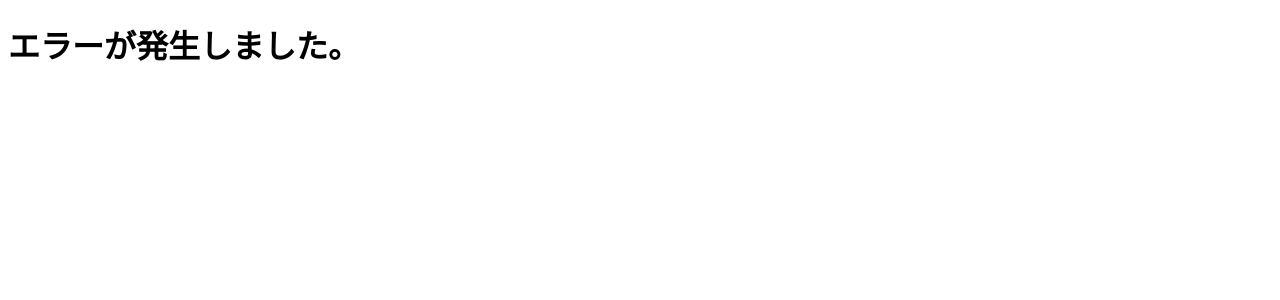
Repository: 8luemitsuho/test
Page: http://localhost/WebProj3/helloStrutsError.jsp
The author's editor kept a copy of each file at every save. The page is drawn from the files as they stood at one save, then again after the next save.
The browser window is 1280 px wide. The pictures show the whole page.
The page is served by Tomcat 9. Other server files are loaded and not shown.

Above is the page before, as saved 2019-07-28 03:52:18.

### WebProj3/WebContent/helloStrutsError.jsp
<%@ page language="java" contentType="text/html; charset=UTF-8"
    pageEncoding="UTF-8"%>
<%@ taglib prefix="s" uri="/struts-tags" %>
<!DOCTYPE html>
<html>
<head>
	<meta charset="UTF-8">
	<title>HelloStrutsError</title>
</head>
<body>
	<h1>エラーが発生しました。</h1>
	<br>
	<h3><s:property value="result" /></h3>
</body>
</html>

After the next save:
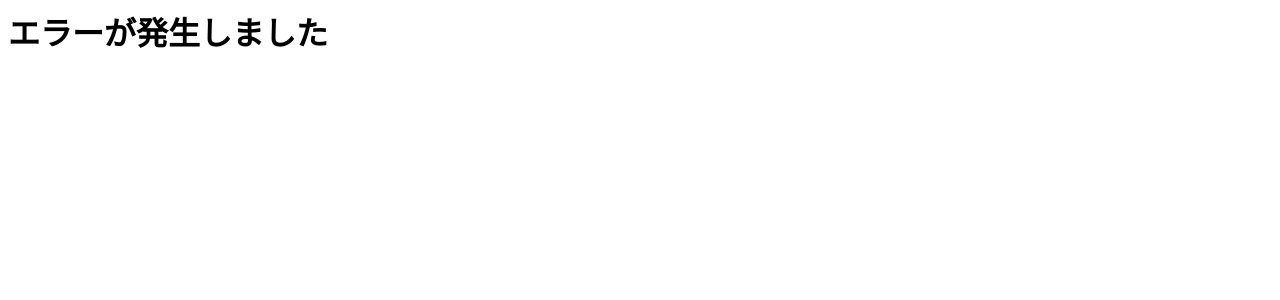
Saved 18 min 24 s later.
--- a/WebProj3/WebContent/helloStrutsError.jsp
+++ b/WebProj3/WebContent/helloStrutsError.jsp
@@ -1,15 +1,15 @@
 <%@ page language="java" contentType="text/html; charset=UTF-8"
-    pageEncoding="UTF-8"%>
-<%@ taglib prefix="s" uri="/struts-tags" %>
-<!DOCTYPE html>
+pageEncoding="UTF-8"%>
+<%@ taglib prefix="s" uri="/struts-tags"%>
+<!DOCTYPE>
 <html>
 <head>
-	<meta charset="UTF-8">
-	<title>HelloStrutsError</title>
+<meta charset="UTF-8">
+<title>HelloStrutsError</title>
 </head>
 <body>
-	<h1>エラーが発生しました。</h1>
-	<br>
-	<h3><s:property value="result" /></h3>
+<h1>エラーが発生しました</h1>
+<br>
+<h3><s:property value="result" /></h3>
 </body>
 </html>
